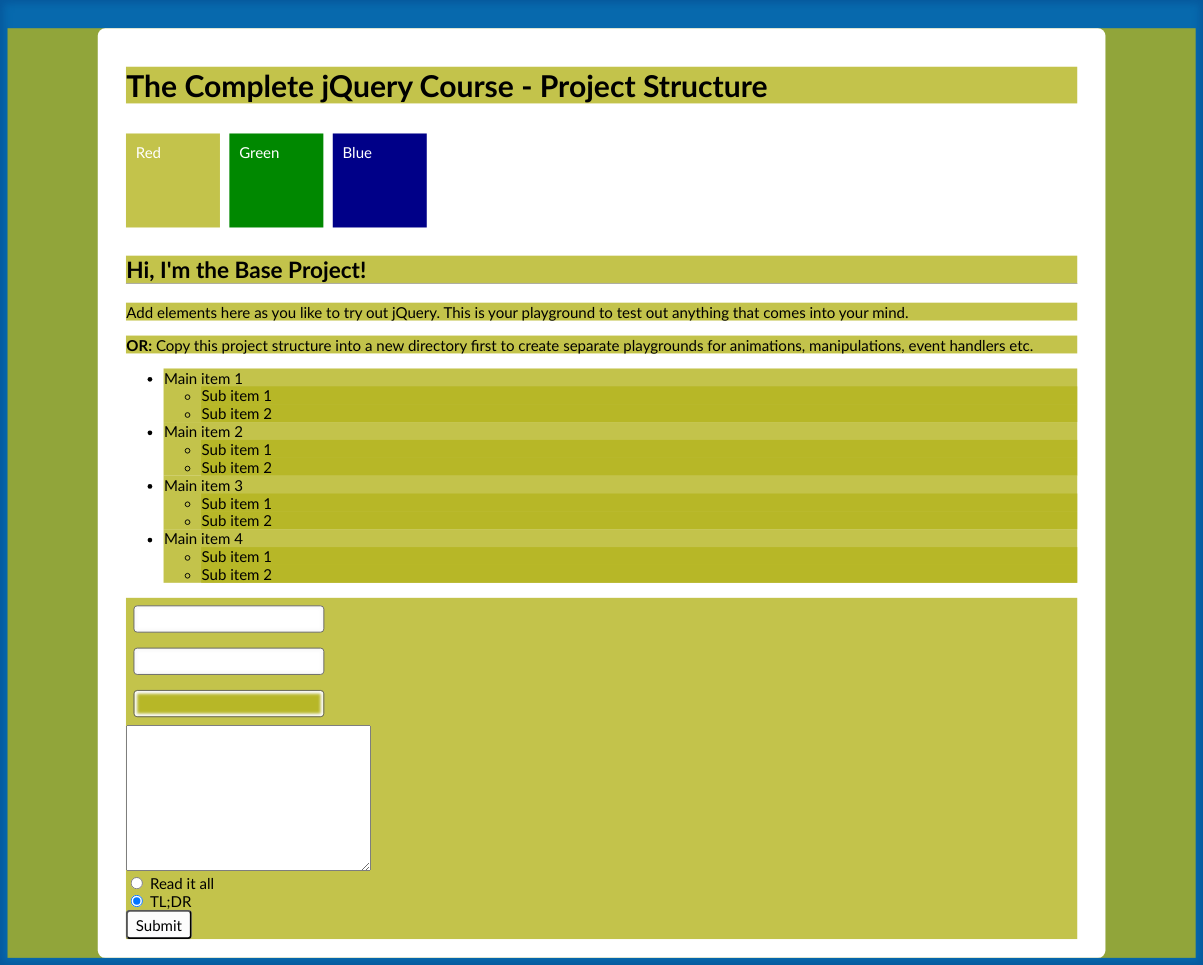
Repository: vpriyankaprabhu/Jquery-examples
Page: 04/change-attributes-properties/index.html
The author's editor kept a copy of each file at every save. The page is drawn from the files as they stood at one save, then again after the next save.
The browser window is 1280 px wide. The pictures show the whole page, at 94% of full size.

Above is the page before, as saved 2024-12-29 21:34:18.

After the next save:
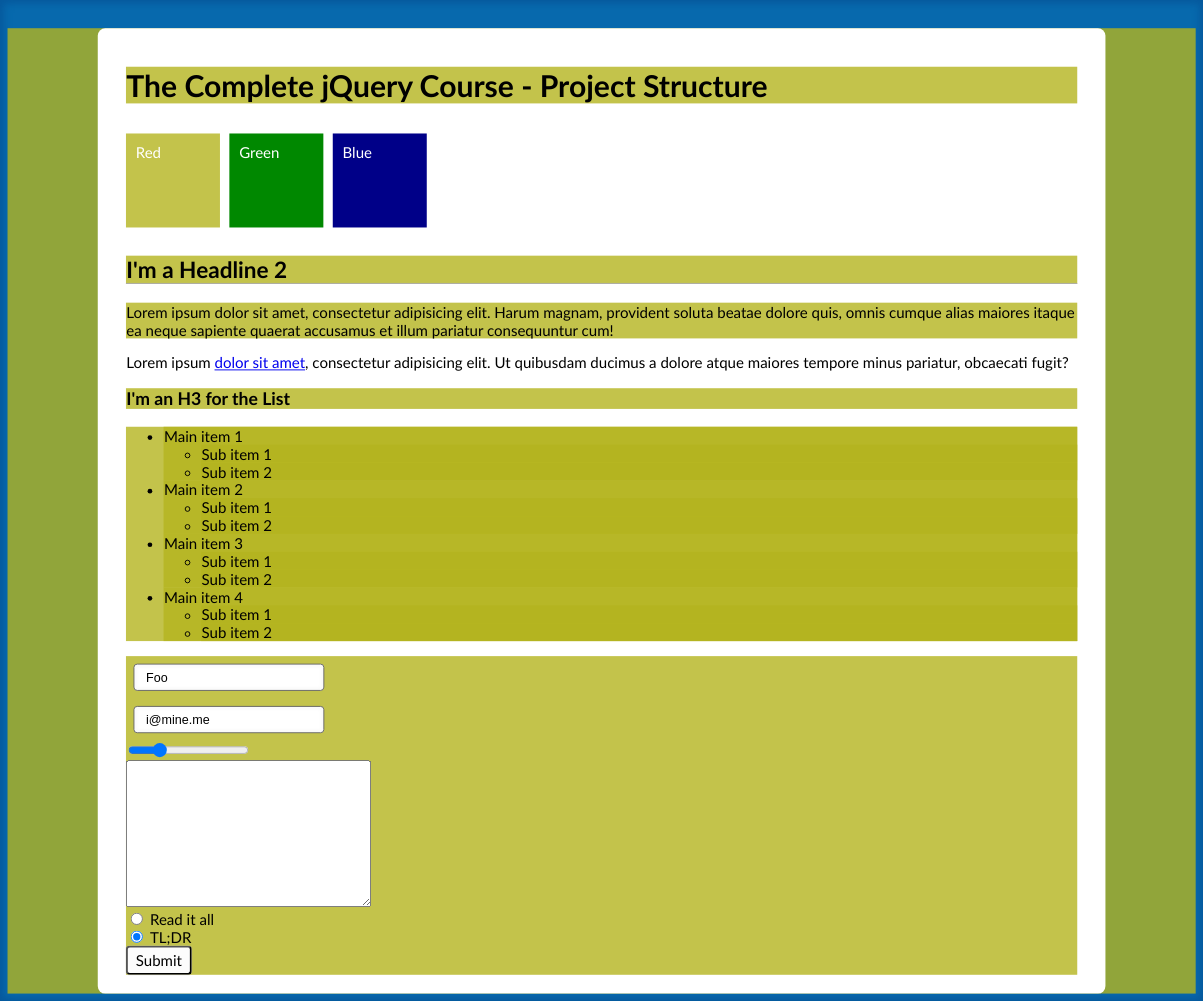
Saved 13 h 46 min later.
--- a/04/change-attributes-properties/index.html
+++ b/04/change-attributes-properties/index.html
@@ -5,7 +5,7 @@
   <script src="https://code.jquery.com/jquery-1.12.3.min.js" integrity="sha256-aaODHAgvwQW1bFOGXMeX+pC4PZIPsvn2h1sArYOhgXQ=" crossorigin="anonymous"></script>
   <script src="js/script.js"></script>
   <link rel="stylesheet" href="css/style.css">
-  <title>The Complete jQuery Course - Project Structure</title>
+  <title>The Complete jQuery Course - Course Code</title>
 </head>
 <body>
   <div id="content">
@@ -16,9 +16,11 @@
     <div class="blue-box">Blue</div>
     <div class="clear"></div>
 
-    <h2>Hi, I'm the Base Project!</h2>
-    <p>Add elements here as you like to try out jQuery. This is your playground to test out anything that comes into your mind.</p>
-    <p><strong>OR:</strong> Copy this project structure into a new directory first to create separate playgrounds for animations, manipulations, event handlers etc.</p>
+    <h2>I'm a Headline 2</h2>
+    <p>Lorem ipsum dolor sit amet, consectetur adipisicing elit. Harum magnam, provident soluta beatae dolore quis, omnis cumque alias maiores itaque ea neque sapiente quaerat accusamus et illum pariatur consequuntur cum!</p>
+    <p>Lorem ipsum <a id="link" title="An amazing link" href="/url">dolor sit amet</a>, consectetur adipisicing elit. Ut quibusdam ducimus a dolore atque maiores tempore minus pariatur, obcaecati fugit?</p>
+
+    <h3>I'm an H3 for the List</h3>
     <!-- An unordered list with ID "list" -->
     <ul id="list">
       <li>Main item 1
@@ -45,14 +47,13 @@
 
     <!-- A form element without class or ID  -->
     <form action="">
-      <input type="text"><br>
-      <input type="email"><br>
-      <input type="password"><br>
+      <input type="text" value="Foo"><br>
+      <input type="email" value="i@mine.me"><br>
+      <input type="range" min="1" max="10" value="3"><br>
       <textarea name="message" id="message" cols="30" rows="10"></textarea><br>
       <input type="radio" name="toc" value="read" id="read"> <label for="read">Read it all</label> <br>
       <input type="radio" name="toc" value="tldr" checked> <label for="tldr">TL;DR</label> <br>
       <input type="submit" value="Submit">
     </form>
-  </div>
 </body>
 </html>
